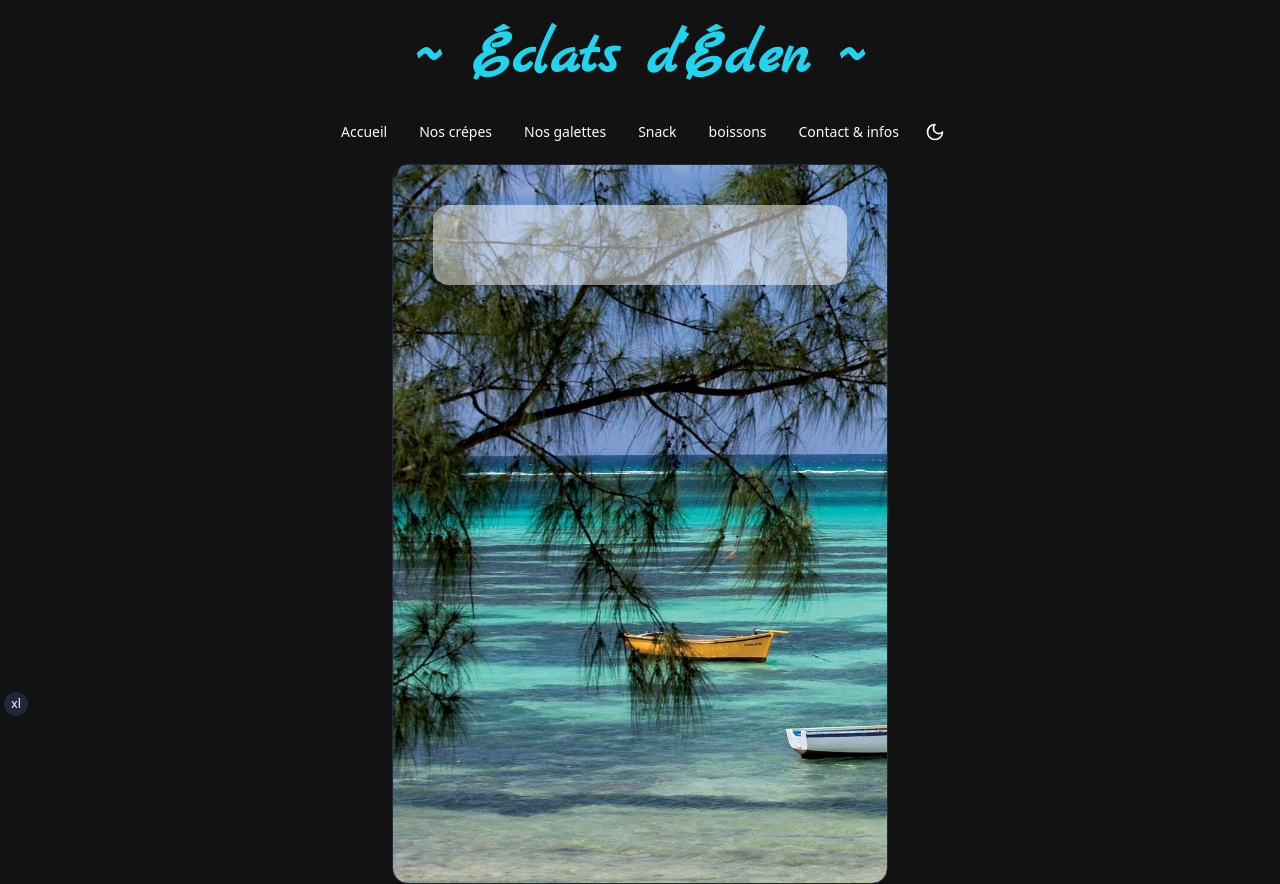
Repository: jeffMauritius/eclats-deden
Page: /schedule
These files come from the project's save history. The page is drawn as it stood at one moment and after the next save; the edit follows.
The browser window is 1280 px wide. The pictures show the whole page.
The project was rebuilt for these pictures with package versions that can differ from the ones it lists, and the page was loaded fresh each time. The framework's server and built-in components were replaced by stand-ins that run in the browser. Also part of the build but not shown: next.config.mjs.

Above is the page before, as saved 2024-08-13 07:12:12.

### app/layout.tsx
// app/layout.
import { Header } from "@/components/layout/Header"
import { TailwindIndicator } from "@/components/TailwindIndicator"
import { SiteConfig } from "@/lib/config"
import { cn } from "@/lib/utils"
import type { Metadata } from "next"
import { Inter, Marck_Script } from "next/font/google"
import { PropsWithChildren } from "react"
import { Providers } from "./Providers"
import "./globals.css"
import { Title } from "@/components/layout/Title"

const fontSans = Inter({ subsets: ["latin"], variable: "--font-sans" })
const fontDisplay = Marck_Script({
  subsets: ["latin"],
  variable: "--font-display",
  weight: "400",
})

export const metadata: Metadata = {
  title: SiteConfig.title,
  description: SiteConfig.description,
}

export default function RootLayout({ children }: PropsWithChildren) {
  return (
    <html lang="en" className="h-full" suppressHydrationWarning>
      <head />
      <body
        className={cn(
          `flex flex-col h-screen bg-background font-sans antialiased p-5`,
          fontSans.variable,
          fontDisplay.variable,
        )}
      >
        <Providers>
          <div className="relative flex flex-col">
            <Title title="Éclats d'Éden" />
            <div>
              <Header />
            </div>
            {children}
          </div>
          <TailwindIndicator />
        </Providers>
      </body>
    </html>
  )
}

### app/schedule/page.tsx
const SchedulePage = () => {
  return (
    <div>
      <div className="flex justify-center">
        <div className="absolute m-auto h-screen w-2/5 rounded-2xl border bg-[url('/maurice.jpeg')] bg-cover ">
          <div className="relative imageUrl={`bg-[url('/riz.jpeg')] bg-cover`}">
            <div className="m-10 h-auto rounded-2xl  bg-white opacity-50">
              <h1 className="p-5 font-display text-4xl text-white">Horaires</h1>
            </div>
          </div>
        </div>
      </div>
    </div>
  )
}

export default SchedulePage

### src/components/layout/Header.tsx
"use client"

import { ThemeToggle } from "../ThemeToggle"
import NavigationMenuComponent from "./NavigationMenu"

export function Header() {
  return (
    <header className=" z-30 w-full">
      <div className=" container flex  flex-col  items-center space-x-4 pt-3 sm:justify-between sm:space-x-0">
        <div className="flex flex-auto justify-center py-3">
          <NavigationMenuComponent />
          <ThemeToggle />
        </div>
      </div>
    </header>
  )
}

### src/lib/config.ts
export const SiteConfig = {
  title: "Camille snack",
  description: "La Cuvette Beach, Grand Baie, Île Maurice",
} as const

### app/Providers.tsx
"use client"

import { SessionProvider } from "next-auth/react"
import { ThemeProvider } from "next-themes"
import { PropsWithChildren } from "react"
import { Toaster } from "react-hot-toast"

export const Providers = ({ children }: PropsWithChildren) => {
  return (
    <>
      <ThemeProvider attribute="class" defaultTheme="dark" enableSystem>
        <Toaster />
        <SessionProvider>{children}</SessionProvider>
      </ThemeProvider>
    </>
  )
}

### app/globals.css
@tailwind base;
  @tailwind components;
  @tailwind utilities;

  @layer base {
    :root {
      --background: 0 0% 100%;
      --foreground: 222.2 84% 4.9%;

      --card: 0 0% 100%;
      --card-foreground: 222.2 84% 4.9%;

      --popover: 0 0% 100%;
      --popover-foreground: 222.2 84% 4.9%;

      --primary: 222.2 47.4% 11.2%;
      --primary-foreground: 210 40% 98%;

      --secondary: 210 40% 96.1%;
      --secondary-foreground: 222.2 47.4% 11.2%;

      --muted: 210 40% 96.1%;
      --muted-foreground: 215.4 16.3% 46.9%;

      --accent: 210 40% 96.1%;
      --accent-foreground: 222.2 47.4% 11.2%;

      --destructive: 0 84.2% 60.2%;
      --destructive-foreground: 210 40% 98%;

      --border: 214.3 31.8% 91.4%;
      --input: 214.3 31.8% 91.4%;
      --ring: 222.2 84% 4.9%;

      --radius: 0.5rem;
    }

    .dark {
      --background: rgb(10, 11, 10);
      --foreground: 210 40% 98%;

      --card: rgb(10, 11, 10);
      --card-foreground: 210 40% 98%;

      --popover: 222.2 84% 4.9%;
      --popover-foreground: 210 40% 98%;

      --primary: 210 40% 98%;
      --primary-foreground: 222.2 47.4% 11.2%;

      --secondary: 217.2 32.6% 17.5%;
      --secondary-foreground: 210 40% 98%;

      --muted: 217.2 32.6% 17.5%;
      --muted-foreground: 215 20.2% 65.1%;

      --accent: 217.2 32.6% 17.5%;
      --accent-foreground: 210 40% 98%;

      --destructive: 0 62.8% 30.6%;
      --destructive-foreground: 210 40% 98%;

      --border: 217.2 32.6% 17.5%;
      --input: 217.2 32.6% 17.5%;
      --ring: 212.7 26.8% 83.9%;
    }
  }

  @layer base {
    * {
      @apply border-border;
    }
    @font-face {
      font-family: 'Marck Script';
      font-style: normal;
      font-weight: 400;
      font-display: swap;
      src: url(/fonts/MarckScript-Regular.ttf) format('ttf');
    }
    body {
      @apply bg-background text-foreground;
    }
  }

### src/components/layout/Title.tsx
interface TitleProps {
  title: string
}

export function Title({ title }: TitleProps) {
  return (
    <div className="flex flex-auto justify-center ">
      <h1
        className={`pt-2 font-display text-4xl font-bold text-cyan-400 md:text-6xl`}
      >
        {" "}
        {`~ ${title} ~`}
      </h1>
    </div>
  )
}

### src/components/ThemeToggle.tsx
"use client"

import { Button } from "@/components/ui/button"
import { Moon, Sun } from "lucide-react"
import { useTheme } from "next-themes"

export function ThemeToggle() {
  const { setTheme, theme } = useTheme()

  return (
    <Button
      variant="ghost"
      size="icon"
      onClick={() => setTheme(theme === "light" ? "dark" : "light")}
    >
      <Sun className="h-6 w-[1.3rem] dark:hidden" />
      <Moon className="hidden size-5 dark:block" />
      <span className="sr-only">Toggle theme</span>
    </Button>
  )
}

### src/components/layout/NavigationMenu.tsx
"use client"

import {
  NavigationMenu,
  NavigationMenuLink,
  navigationMenuTriggerStyle,
} from "@/components/ui/navigation-menu"
import { navigationData } from "./navigationData"
import { useClientMediaQuery } from "@/lib/isMobileDevice"

const NavigationMenuComponent = () => {
  const isMobile = useClientMediaQuery("(max-width: 600px)")
  return (
    <NavigationMenu>
      {!isMobile &&
        navigationData.map((item, index) => (
          <NavigationMenuLink
            className={navigationMenuTriggerStyle()}
            key={index}
            href={item.link}
          >
            {item.title}
          </NavigationMenuLink>
        ))}
    </NavigationMenu>
  )
}

export default NavigationMenuComponent

### src/components/ui/button.tsx
import * as React from "react"
import { Slot } from "@radix-ui/react-slot"
import { cva, type VariantProps } from "class-variance-authority"

import { cn } from "@/lib/utils"

const buttonVariants = cva(
  "inline-flex items-center justify-center whitespace-nowrap rounded-md text-sm font-medium ring-offset-background transition-colors focus-visible:outline-none focus-visible:ring-2 focus-visible:ring-ring focus-visible:ring-offset-2 disabled:pointer-events-none disabled:opacity-50",
  {
    variants: {
      variant: {
        default: "bg-primary text-primary-foreground hover:bg-primary/90",
        destructive:
          "bg-destructive text-destructive-foreground hover:bg-destructive/90",
        outline:
          "border border-input bg-background hover:bg-accent hover:text-accent-foreground",
        secondary:
          "bg-secondary text-secondary-foreground hover:bg-secondary/80",
        ghost: "hover:bg-accent hover:text-accent-foreground",
        link: "text-primary underline-offset-4 hover:underline",
      },
      size: {
        default: "h-10 px-4 py-2",
        sm: "h-9 rounded-md px-3",
        lg: "h-11 rounded-md px-8",
        icon: "size-10",
      },
    },
    defaultVariants: {
      variant: "default",
      size: "default",
    },
  },
)

export interface ButtonProps
  extends React.ButtonHTMLAttributes<HTMLButtonElement>,
    VariantProps<typeof buttonVariants> {
  asChild?: boolean
}

const Button = React.forwardRef<HTMLButtonElement, ButtonProps>(
  ({ className, variant, size, asChild = false, ...props }, ref) => {
    const Comp = asChild ? Slot : "button"
    return (
      <Comp
        className={cn(buttonVariants({ variant, size, className }))}
        ref={ref}
        {...props}
      />
    )
  },
)
Button.displayName = "Button"

export { Button, buttonVariants }

### src/components/ui/navigation-menu.tsx
import * as React from "react"
import * as NavigationMenuPrimitive from "@radix-ui/react-navigation-menu"
import { cva } from "class-variance-authority"
import { ChevronDown } from "lucide-react"

import { cn } from "@/lib/utils"

const NavigationMenu = React.forwardRef<
  React.ElementRef<typeof NavigationMenuPrimitive.Root>,
  React.ComponentPropsWithoutRef<typeof NavigationMenuPrimitive.Root>
>(({ className, children, ...props }, ref) => (
  <NavigationMenuPrimitive.Root
    ref={ref}
    className={cn(
      "relative z-10 flex max-w-max flex-1 items-center justify-center",
      className,
    )}
    {...props}
  >
    {children}
    <NavigationMenuViewport />
  </NavigationMenuPrimitive.Root>
))
NavigationMenu.displayName = NavigationMenuPrimitive.Root.displayName

const NavigationMenuList = React.forwardRef<
  React.ElementRef<typeof NavigationMenuPrimitive.List>,
  React.ComponentPropsWithoutRef<typeof NavigationMenuPrimitive.List>
>(({ className, ...props }, ref) => (
  <NavigationMenuPrimitive.List
    ref={ref}
    className={cn(
      "group flex flex-1 list-none items-center justify-center space-x-1",
      className,
    )}
    {...props}
  />
))
NavigationMenuList.displayName = NavigationMenuPrimitive.List.displayName

const NavigationMenuItem = NavigationMenuPrimitive.Item

const navigationMenuTriggerStyle = cva(
  "group inline-flex h-10 w-max items-center justify-center rounded-md bg-background px-4 py-2 text-sm font-medium transition-colors hover:bg-accent hover:text-accent-foreground focus:bg-accent focus:text-accent-foreground focus:outline-none disabled:pointer-events-none disabled:opacity-50 data-[active]:bg-accent/50 data-[state=open]:bg-accent/50",
)

const NavigationMenuTrigger = React.forwardRef<
  React.ElementRef<typeof NavigationMenuPrimitive.Trigger>,
  React.ComponentPropsWithoutRef<typeof NavigationMenuPrimitive.Trigger>
>(({ className, children, ...props }, ref) => (
  <NavigationMenuPrimitive.Trigger
    ref={ref}
    className={cn(navigationMenuTriggerStyle(), "group", className)}
    {...props}
  >
    {children}{" "}
    <ChevronDown
      className="relative top-px ml-1 size-3 transition duration-200 group-data-[state=open]:rotate-180"
      aria-hidden="true"
    />
  </NavigationMenuPrimitive.Trigger>
))
NavigationMenuTrigger.displayName = NavigationMenuPrimitive.Trigger.displayName

const NavigationMenuContent = React.forwardRef<
  React.ElementRef<typeof NavigationMenuPrimitive.Content>,
  React.ComponentPropsWithoutRef<typeof NavigationMenuPrimitive.Content>
>(({ className, ...props }, ref) => (
  <NavigationMenuPrimitive.Content
    ref={ref}
    className={cn(
      "left-0 top-0 w-full data-[motion^=from-]:animate-in data-[motion^=to-]:animate-out data-[motion^=from-]:fade-in data-[motion^=to-]:fade-out data-[motion=from-end]:slide-in-from-right-52 data-[motion=from-start]:slide-in-from-left-52 data-[motion=to-end]:slide-out-to-right-52 data-[motion=to-start]:slide-out-to-left-52 md:absolute md:w-auto ",
      className,
    )}
    {...props}
  />
))
NavigationMenuContent.displayName = NavigationMenuPrimitive.Content.displayName

const NavigationMenuLink = NavigationMenuPrimitive.Link

const NavigationMenuViewport = React.forwardRef<
  React.ElementRef<typeof NavigationMenuPrimitive.Viewport>,
  React.ComponentPropsWithoutRef<typeof NavigationMenuPrimitive.Viewport>
>(({ className, ...props }, ref) => (
  <div className={cn("absolute left-0 top-full flex justify-center")}>
    <NavigationMenuPrimitive.Viewport
      className={cn(
        "origin-top-center relative mt-1.5 h-[var(--radix-navigation-menu-viewport-height)] w-full overflow-hidden rounded-md border bg-popover text-popover-foreground shadow-lg data-[state=open]:animate-in data-[state=closed]:animate-out data-[state=closed]:zoom-out-95 data-[state=open]:zoom-in-90 md:w-[var(--radix-navigation-menu-viewport-width)]",
        className,
      )}
      ref={ref}
      {...props}
    />
  </div>
))
NavigationMenuViewport.displayName =
  NavigationMenuPrimitive.Viewport.displayName

const NavigationMenuIndicator = React.forwardRef<
  React.ElementRef<typeof NavigationMenuPrimitive.Indicator>,
  React.ComponentPropsWithoutRef<typeof NavigationMenuPrimitive.Indicator>
>(({ className, ...props }, ref) => (
  <NavigationMenuPrimitive.Indicator
    ref={ref}
    className={cn(
      "top-full z-[1] flex h-1.5 items-end justify-center overflow-hidden data-[state=visible]:animate-in data-[state=hidden]:animate-out data-[state=hidden]:fade-out data-[state=visible]:fade-in",
      className,
    )}
    {...props}
  >
    <div className="relative top-[60%] size-2 rotate-45 rounded-tl-sm bg-border shadow-md" />
  </NavigationMenuPrimitive.Indicator>
))
NavigationMenuIndicator.displayName =
  NavigationMenuPrimitive.Indicator.displayName

export {
  navigationMenuTriggerStyle,
  NavigationMenu,
  NavigationMenuList,
  NavigationMenuItem,
  NavigationMenuContent,
  NavigationMenuTrigger,
  NavigationMenuLink,
  NavigationMenuIndicator,
  NavigationMenuViewport,
}

### src/components/layout/navigationData.ts
export const navigationData = [
    {
        title: "Accueil",
        link: "/",
    },
    {
        title: "Nos crépes",
        link: "/crepes",
    },
    {
        title: "Nos galettes",
        link: "/galettes",
    },
    {
        title: "Snack",
        link: "/snack",
    },
    {
        title: "boissons",
        link: "/boissons",
    },
    {
        title: "Contact & infos",
        link: "/location",
    },

]

export const navigationDataMobile = [
    {
        title: "Accueil",
        link: "/",
    },
    {
        title: "Horaires d'ouverture",
        link: "/schedule",
    },
    {
        title: "Contact & infos",
        link: "/location",
    },

]

### src/lib/isMobileDevice.ts
'use client'

import { useEffect, useState } from 'react'

export function useClientMediaQuery(query: string) {
  const [matches, setMatches] = useState(false)

  useEffect(() => {
    const mediaQueryList = window.matchMedia(query)

    const handleMatchChange = (e: MediaQueryListEvent) => {
      setMatches(e.matches)
    }

    mediaQueryList.addEventListener('change', handleMatchChange)
    setMatches(mediaQueryList.matches)

    return () => {
      mediaQueryList.removeEventListener('change', handleMatchChange)
    }
  }, [query])

  return matches
}

### tailwind.config.ts
import type { Config } from "tailwindcss"

const config = {
  darkMode: ["class"],
  content: [
    "./pages/**/*.{ts,tsx}",
    "./components/**/*.{ts,tsx}",
    "./app/**/*.{ts,tsx}",
    "./src/**/*.{ts,tsx}",
  ],
  prefix: "",
  theme: {
    container: {
      center: true,
      padding: "2rem",
      screens: {
        "2xl": "1400px",
      },
    },
    fontFamily: {
      'display': ['"Marck Script"', 'cursive'],
      'body': ['"Open Sans"', 'sans-serif'],
    },
    extend: {
      colors: {
        border: "hsl(var(--border))",
        input: "hsl(var(--input))",
        ring: "hsl(var(--ring))",
        background: "hsl(var(--background))",
        foreground: "hsl(var(--foreground))",
        primary: {
          DEFAULT: "hsl(var(--primary))",
          foreground: "hsl(var(--primary-foreground))",
        },
        secondary: {
          DEFAULT: "hsl(var(--secondary))",
          foreground: "hsl(var(--secondary-foreground))",
        },
        destructive: {
          DEFAULT: "hsl(var(--destructive))",
          foreground: "hsl(var(--destructive-foreground))",
        },
        muted: {
          DEFAULT: "hsl(var(--muted))",
          foreground: "hsl(var(--muted-foreground))",
        },
        accent: {
          DEFAULT: "hsl(var(--accent))",
          foreground: "hsl(var(--accent-foreground))",
        },
        popover: {
          DEFAULT: "hsl(var(--popover))",
          foreground: "hsl(var(--popover-foreground))",
        },
        card: {
          DEFAULT: "hsl(var(--card))",
          foreground: "hsl(var(--card-foreground))",
        },
      },
      borderRadius: {
        lg: "var(--radius)",
        md: "calc(var(--radius) - 2px)",
        sm: "calc(var(--radius) - 4px)",
      },
      keyframes: {
        "accordion-down": {
          from: { height: "0" },
          to: { height: "var(--radix-accordion-content-height)" },
        },
        "accordion-up": {
          from: { height: "var(--radix-accordion-content-height)" },
          to: { height: "0" },
        },
      },
      animation: {
        "accordion-down": "accordion-down 0.2s ease-out",
        "accordion-up": "accordion-up 0.2s ease-out",
      },
    },
  },
  plugins: [require("tailwindcss-animate")],
} satisfies Config

export default config

Loaded but not shown: src/components/TailwindIndicator.tsx (common file); src/lib/utils.ts (common file)

After the next save:
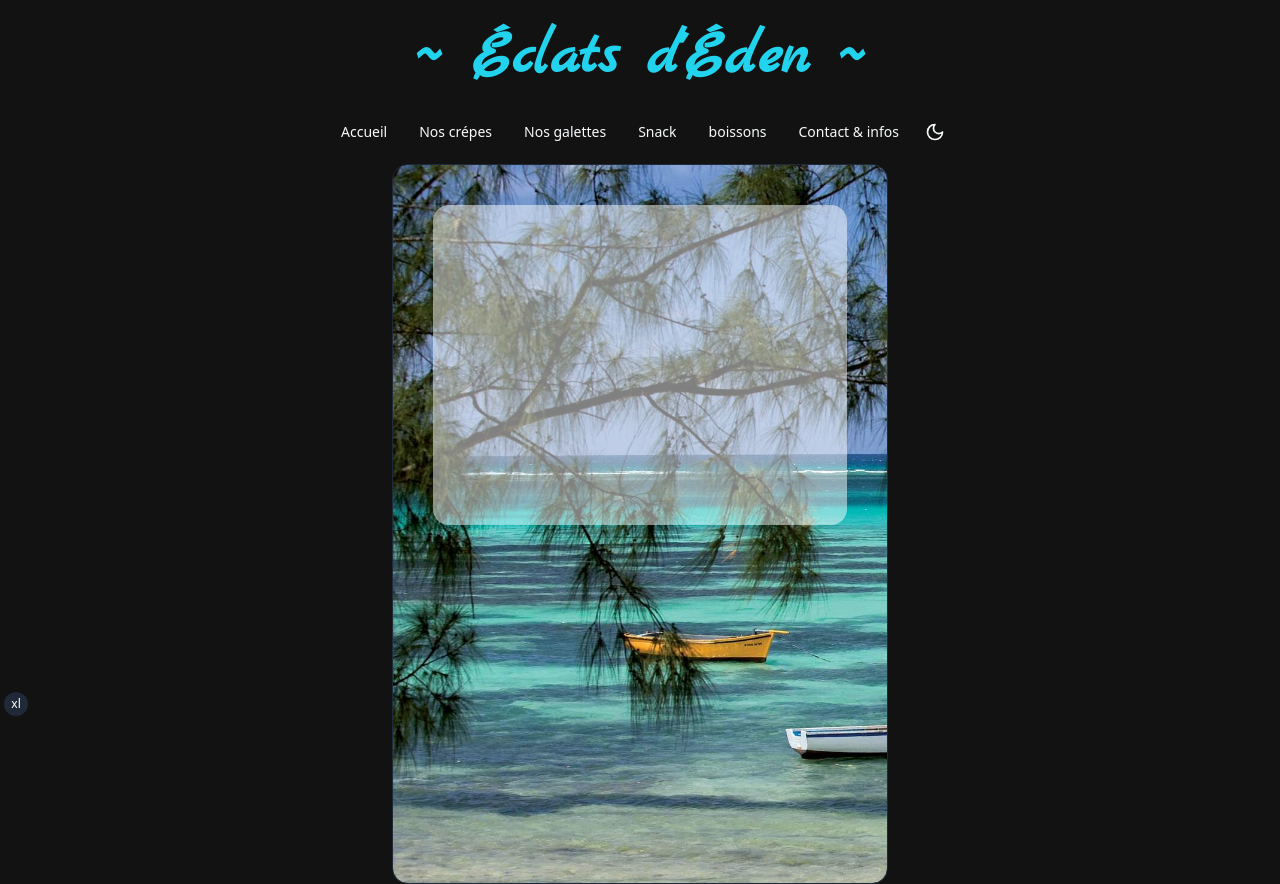
Saved 18 s later.
--- a/app/schedule/page.tsx
+++ b/app/schedule/page.tsx
@@ -4,7 +4,7 @@
       <div className="flex justify-center">
         <div className="absolute m-auto h-screen w-2/5 rounded-2xl border bg-[url('/maurice.jpeg')] bg-cover ">
           <div className="relative imageUrl={`bg-[url('/riz.jpeg')] bg-cover`}">
-            <div className="m-10 h-auto rounded-2xl  bg-white opacity-50">
+            <div className="m-10 h-80 rounded-2xl  bg-white opacity-50">
               <h1 className="p-5 font-display text-4xl text-white">Horaires</h1>
             </div>
           </div>

After the save that followed:
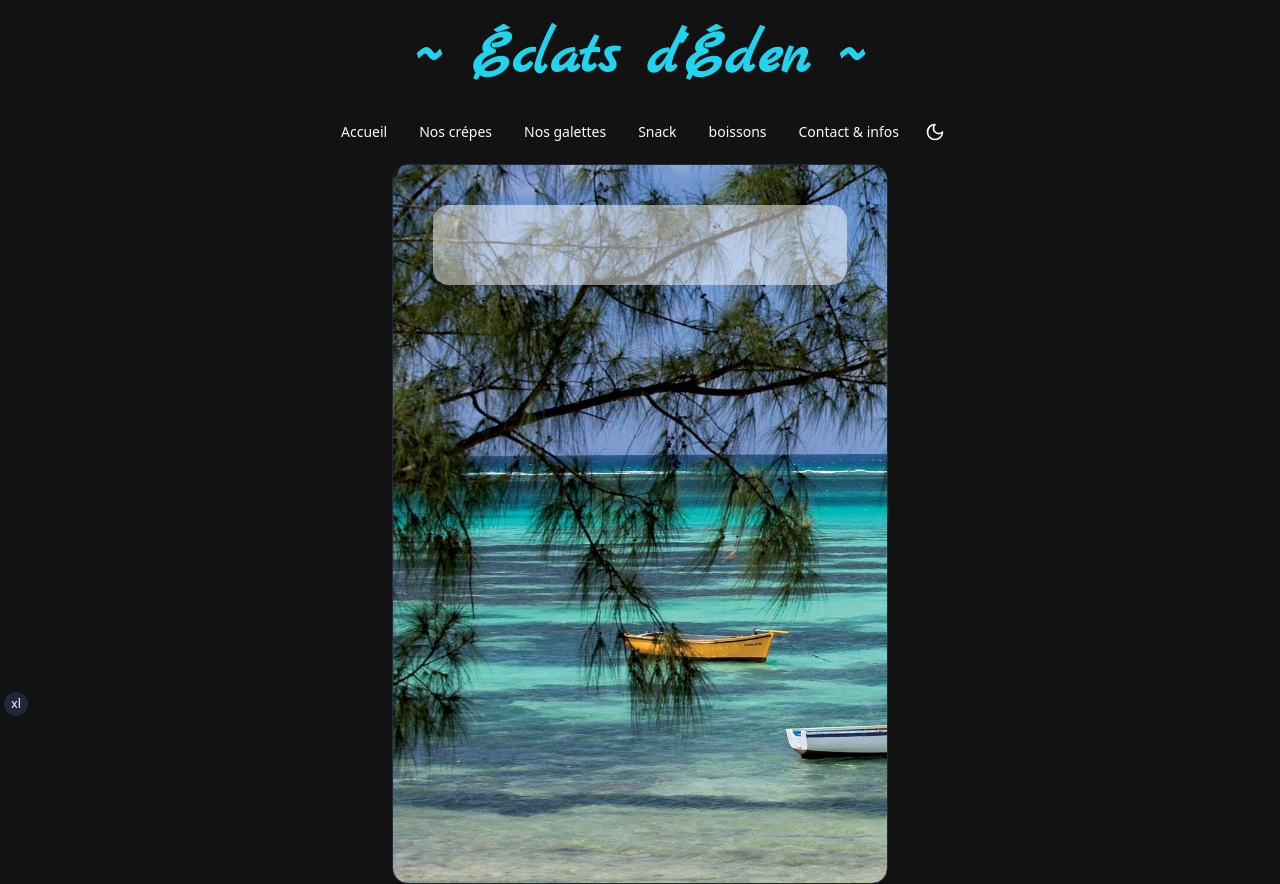
Saved 20 s later.
--- a/app/schedule/page.tsx
+++ b/app/schedule/page.tsx
@@ -4,7 +4,7 @@
       <div className="flex justify-center">
         <div className="absolute m-auto h-screen w-2/5 rounded-2xl border bg-[url('/maurice.jpeg')] bg-cover ">
           <div className="relative imageUrl={`bg-[url('/riz.jpeg')] bg-cover`}">
-            <div className="m-10 h-80 rounded-2xl  bg-white opacity-50">
+            <div className="m-10 h-2/3 rounded-2xl  bg-white opacity-50">
               <h1 className="p-5 font-display text-4xl text-white">Horaires</h1>
             </div>
           </div>
